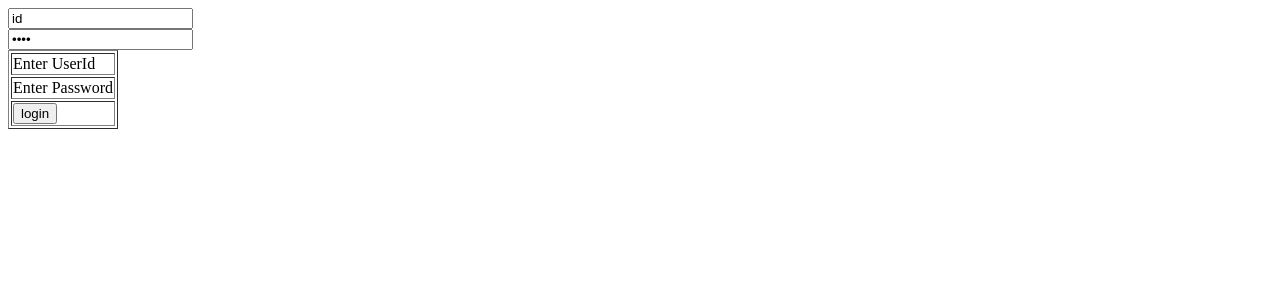
Repository: MethaniVanya/name
Page: cts46/Training/WebContent/Login.html
An editor plug-in stored every save of this project. The page is shown before and after the next save, followed by the edit.
The browser window is 1280 px wide. The pictures show the whole page.

Above is the page before, as saved 2020-03-03 04:32:13.

After the next save:
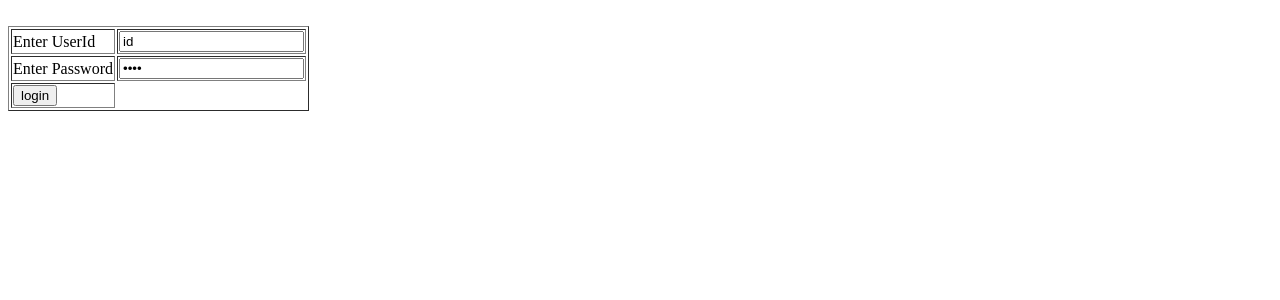
Saved 64 s later.
--- a/cts46/Training/WebContent/Login.html
+++ b/cts46/Training/WebContent/Login.html
@@ -8,8 +8,8 @@
 
 <form action="http://localhost:8082/Training/LoginValidate.jsp">
 <table border="1">
-<tr><td> Enter UserId </td><input type="text" value="id" /> </tr><br>
-<tr><td> Enter Password </td><input type="password" value="pass" /> </tr>
+<tr><td> Enter UserId </td><td><input type="text" value="id" /></td> </tr><br>
+<tr><td> Enter Password </td><td><input type="password" value="pass"></td> </tr>
 <tr><td><input type="submit" value="login"> </td> </tr>
 </table>
 </form>
